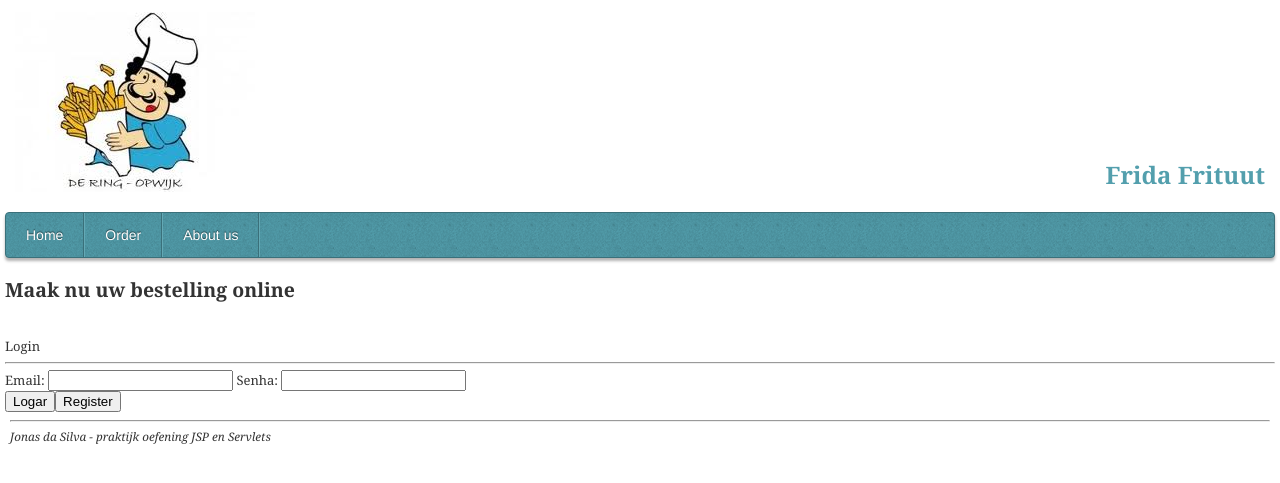
Repository: Projetos-intec/workspace-JavaWebJSP
Page: http://localhost/FrituurFrida/othert.jsp
An editor plug-in stored every save of this project. The page is shown before and after the next save, followed by the edit.
The browser window is 1280 px wide. The pictures show the whole page.
The page is served by Tomcat 9. Other server files are loaded and not shown.

Above is the page before, as saved 2014-09-17 10:06:03.

### FrituurFrida/WebContent/othert.jsp
<%@ page language="java" contentType="text/html; charset=ISO-8859-1"
	pageEncoding="ISO-8859-1"%>
<!DOCTYPE html PUBLIC "-//W3C//DTD HTML 4.01 Transitional//EN" "http://www.w3.org/TR/html4/loose.dtd">
<html>
<head>
<head>
<meta http-equiv="Content-Type" content="text/html; charset=ISO-8859-1">
<title>Welkom bij Frituur Frida</title>
<link rel='stylesheet' href='styles/default.css' />
</head>
<body>
	<header>
	<div id='logo'>
		<img src='images/logo.jpg' alt='Frituur Frida' />
	</div>
	<div id='demotitel'>

		<h1>Frida Frituut</h1>
	</div>
	</header>
	<nav>
	<ul>
		<li><a href='welkom'>Home</a></li>
		<li><a href='order.jsp'>Order</a></li>
		<li><a href='aboutus.jsp'>About us</a></li>
	</ul>
	</nav>
	<article>
	<h2>Maak nu uw bestelling online</h2>
	<br />
	Login
	<hr />
	<form action="login" method="POST">
		Email: <input type="email" name="email" /> Senha: <input
			type="password" name="senha" /> <br /> <input type="submit"
			value="Logar" /><input type="submit" value="Register" />
	</form>

	<footer>
	<hr />
	Jonas da Silva - praktijk oefening JSP en Servlets </footer>
</body>
</html>

### FrituurFrida/WebContent/styles/default.css
body {
	font-family: Georgia, "Times New Roman", Times, serif;
	font-size: 13px;
	color: #333;
	background-color: #FFF;
	margin: 0;
	padding: 0;
}

p {
	padding: 10px;
}

h1 {
	font-size: 24px;
	color: #539FAD;
}

table {
	margin: 1em 0;
	border-collapse: collapse;

}

table caption {
	text-align: left;
	font-weight: bold;
	padding: 0 0 .3em;
	color: #003d5d;
}

table td,table th {
	text-align: left;
	border: 1px solid #b1d2e4;
	padding: 3px 20px;
	vertical-align: top;
}

table th {
	font-weight: bold;
    background: #EEE url(pattern.png) top left repeat;
}

table thead th {
	background: #ecf7fd;
}

header {
	height: 200px;
}

nav {
	width: auto;
	margin: 0 5px 0 5px;
}

nav ul,
nav li nav a {
  list-style: none;
  margin: 0;
  padding: 0;
  border: 0;
  font-size: 14px;
  font-family: Helvetica;
  line-height: 1;
}

nav ul {
  zoom: 1;
  background: #539fad url(pattern.png) top left repeat;
  -webkit-border-radius: 4px;
  -moz-border-radius: 4px;
  border-radius: 4px;
  border: 1px solid #3a707a;
  -moz-box-shadow: 0 3px 3px rgba(0, 0, 0, 0.3);
  -webkit-box-shadow: 0 3px 3px rgba(0, 0, 0, 0.3);
  box-shadow: 0 3px 3px rgba(0, 0, 0, 0.3);
}
nav ul:before {
  content: '';
  display: block;
}
nav ul:after {
  content: '';
  display: table;
  clear: both;
}
nav a,
nav a:link,
nav a:visited {
  padding: 15px 20px;
  display: block;
  text-decoration: none;
  color: #ffffff;
  text-shadow: 0 -1px 1px #214046;
  border-right: 1px solid #3a707a;
}
nav a:hover {
  color: #214046;
  text-shadow: 0 1px 1px #76b2bd;
}
nav li {
  float: left;
  border-right: 1px solid #64a9b5;
}
nav li:hover {
  background: #4a8f9c url(pattern.png) top left repeat;
}
nav li:first-child {
  border-left: none;
  -webkit-border-radius: 4px 0 0 4px;
  -moz-border-radius: 4px 0 0 4px;
  border-radius: 4px 0 0 4px;
}

header, article, footer {
	padding: 2px 5px 10px 5px;
}

footer {
	font-style: italic;
	font-size: 0.9em;
}

#logo {
	margin: 10px 0 -23px 10px;
	float: left;
}

#demotitel {
	margin: 140px 10px 0 0;
	float: right;

}

After the next save:
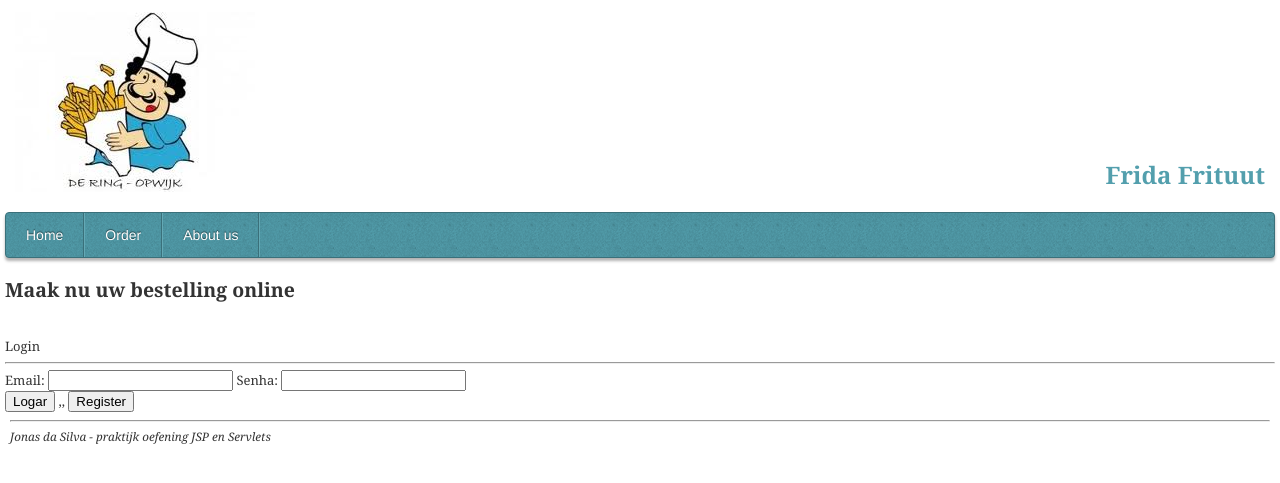
Saved 41 s later.
--- a/FrituurFrida/WebContent/othert.jsp
+++ b/FrituurFrida/WebContent/othert.jsp
@@ -33,7 +33,7 @@
 	<form action="login" method="POST">
 		Email: <input type="email" name="email" /> Senha: <input
 			type="password" name="senha" /> <br /> <input type="submit"
-			value="Logar" /><input type="submit" value="Register" />
+			value="Logar" /> ,, <input type="submit" value="Register" />
 	</form>
 
 	<footer>
